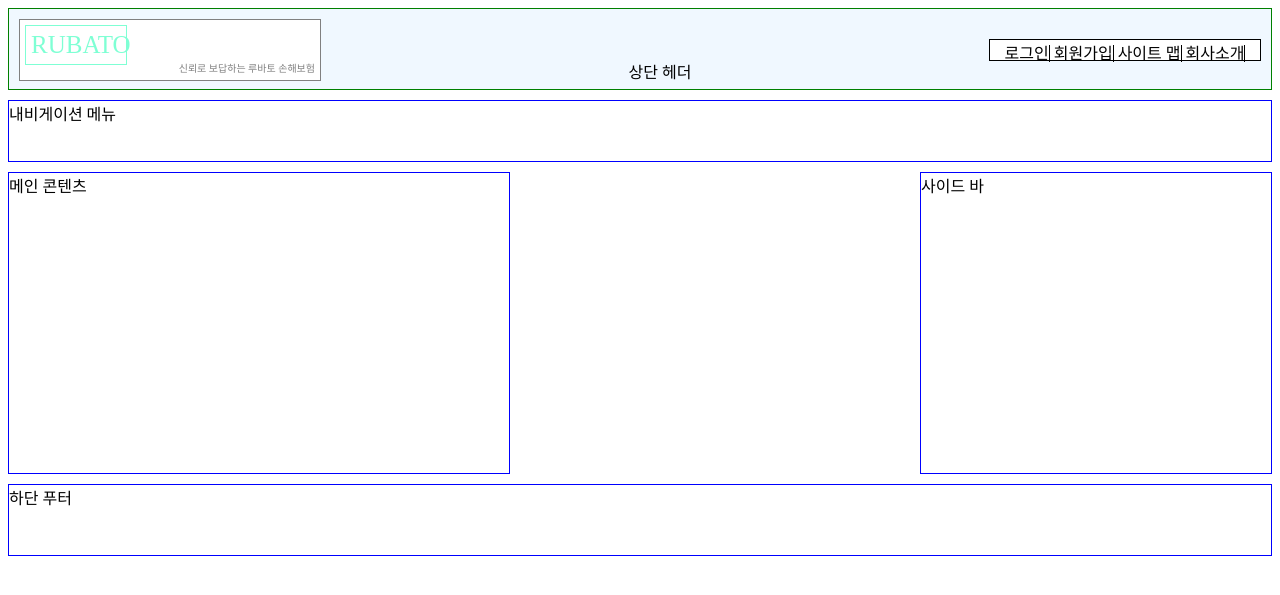
Repository: woosungtae/html_css
Page: pro01/public/woosungtae_2.html
These files come from the project's save history. The page is drawn as it stood at one moment and after the next save; the edit follows.
The browser window is 1280 px wide. The pictures show the whole page.

Above is the page before, as saved 2022-12-14 04:57:45.

After the next save:
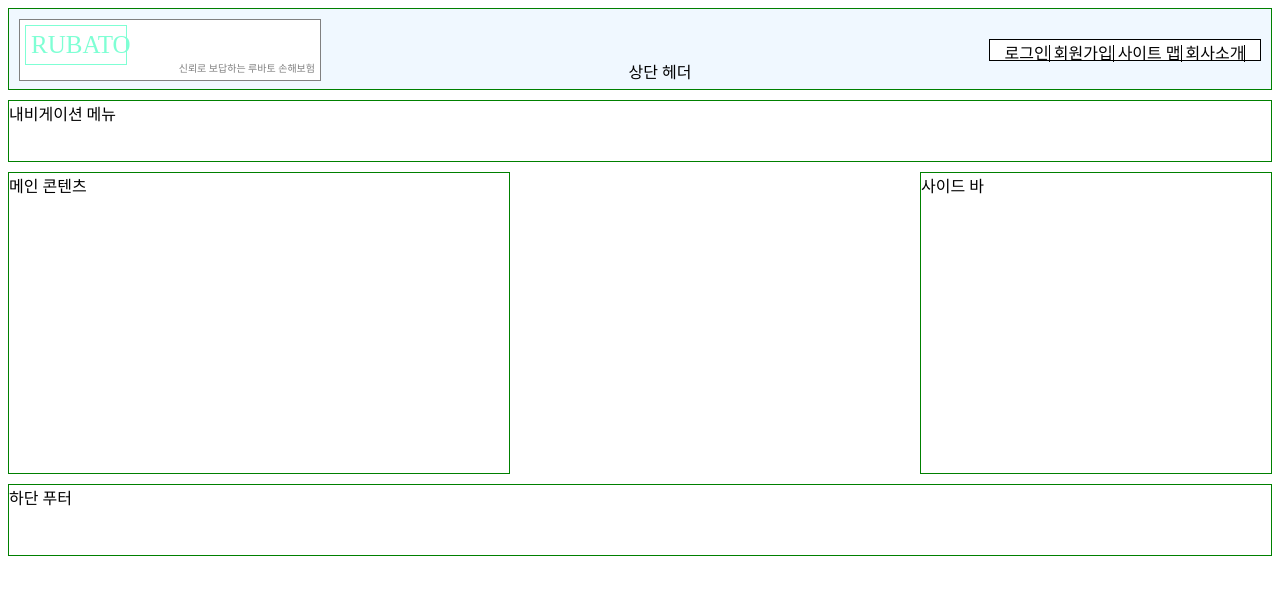
Saved 58 s later.
--- a/pro01/public/woosungtae_2.html
+++ b/pro01/public/woosungtae_2.html
@@ -67,7 +67,7 @@
             color: red;
         }
         nav {
-            border : 1px solid blue;
+            border : 1px solid green;
             height: 60px;
             margin-bottom: 10px;
         }
@@ -76,7 +76,7 @@
             height: 300px;
         }
         section {
-            border: 1px solid blue;
+            border: 1px solid green;
             height: 300px;
             width: 500px;
             float: left;
@@ -84,13 +84,13 @@
             margin-bottom: 10px;
         }
         aside {
-            border: 1px solid blue;
+            border: 1px solid green;
             height: 300px;
             width: 350px;
             float: right;
         }
         footer {
-            border: 1px solid blue;
+            border: 1px solid green;
             height: 70px;
             clear: both;
         }
